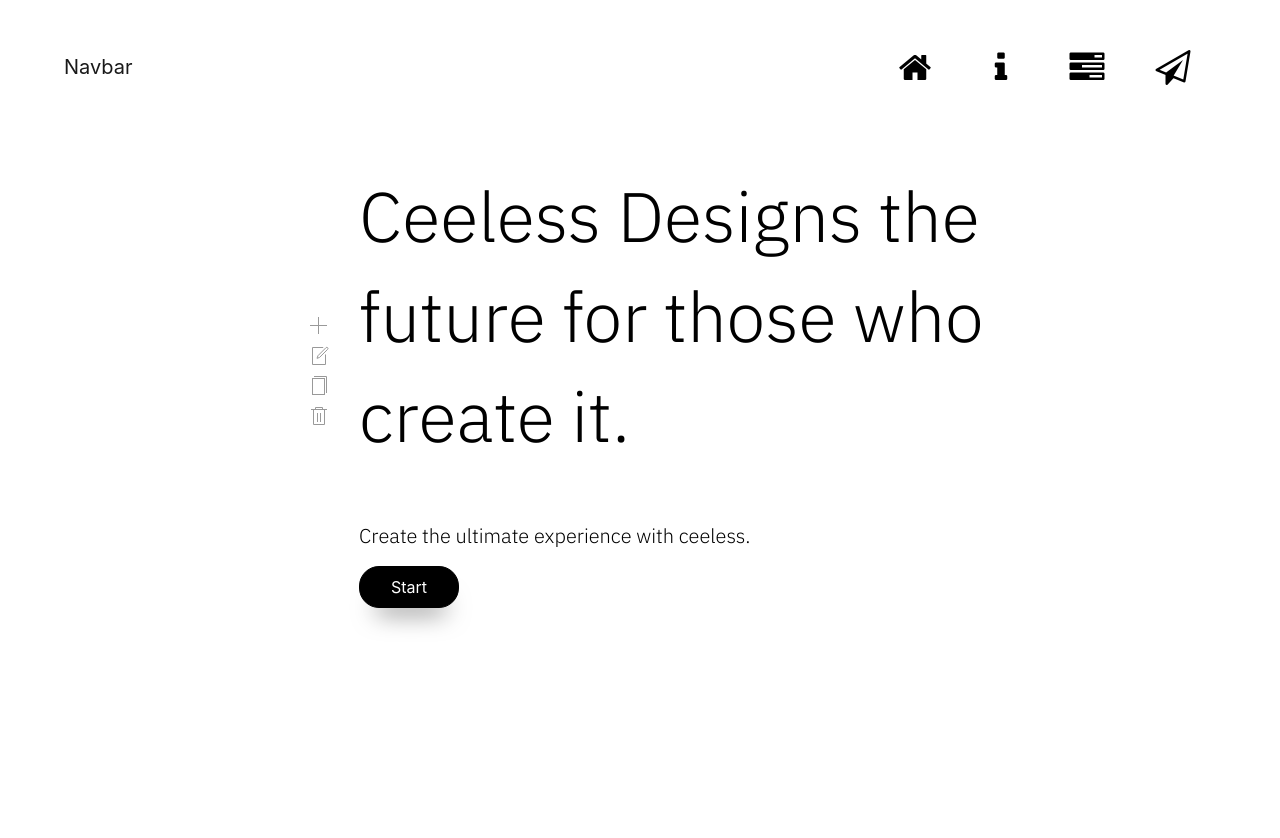
Repository: latenightsnacc/ceeless
Page: index.html
The author's editor kept a copy of each file at every save. The page is drawn from the files as they stood at one save, then again after the next save.
The browser window is 1280 px wide. The pictures show the whole page.
Some web libraries are served in a nearby version. The style sheet was rebuilt from its Sass, Less or Tailwind sources for each picture, by a compiler version that may differ from the author's.

Above is the page before, as saved 2020-06-12 11:44:21.

### index.html
<!DOCTYPE html>
<html lang="en">
<head>
    <meta charset="UTF-8">
    <meta name="viewport" content="width=device-width, initial-scale=1.0">

    <!--Bootstrap-->
    <link rel="stylesheet" href="https://stackpath.bootstrapcdn.com/bootstrap/4.5.0/css/bootstrap.min.css" integrity="sha384-9aIt2nRpC12Uk9gS9baDl411NQApFmC26EwAOH8WgZl5MYYxFfc+NcPb1dKGj7Sk" crossorigin="anonymous">

    <!-- UIkit CSS -->
    <link rel="stylesheet" href="https://cdn.jsdelivr.net/npm/uikit@3.5.3/dist/css/uikit.min.css" />

    <!--Font Awesome Icons-->
    <link rel="stylesheet" href="https://maxcdn.bootstrapcdn.com/font-awesome/4.4.0/css/font-awesome.min.css">

    <!--Custom Stylesheet-->
    <link rel="stylesheet" href="Styles/stylesheet.css">

    <!--Page Title-->
    <title>Ceeless | Licorne Technologies</title>
</head>
<body>
    <main class="wrapper ml-5 mr-5">
        <!--NavBar-->
        <nav class="navbar navbar-expand-lg navbar-light bg-transparent mt-3">
            <!--Logo-->
            <a class="navbar-brand" href="#">Navbar</a>
            <!--Mobile NavBar Icon-->
            <div class="navbar-toggler" type="button" data-toggle="collapse" data-target="#navbarTogglerDemo03" aria-controls="navbarTogglerDemo03" aria-expanded="false" aria-label="Toggle navigation">
                <div class="nav-icon">
                    <span class="long-bar-one"></span>
                    <span class="short-bar-two"></span>
                    <span class="long-bar-three"></span>
                </div>
            </div>
            <div class="collapse navbar-collapse" id="navbarTogglerDemo03">
              <ul class="navbar-nav ml-auto mt-2 mt-lg-0">
                <li class="nav-item active">
                  <a class="nav-link" role="button" href="#"><span class="menu-text" id="homeText">Home</span><i class="fa fa-home" id="homeIcon"></i><span class="sr-only">(current)</span></a>
                </li>
                <li class="nav-item">
                  <a class="nav-link" href="#"><span class="menu-text">About</span><i class="fa fa-info"></i></a>
                </li>
                <li class="nav-item">
                  <a class="nav-link" href="#"><span class="menu-text">Portfolio</span><i class="fa fa-tasks" aria-hidden="true"></i></a>
                </li>
                <li class="nav-item">
                    <a class="nav-link" href="#"><span class="menu-text">Contact</span><i class="fa fa-send-o"></i></a>
                  </li>
              </ul>
            </div>
        </nav>
        <!--End of NavBar-->

        <!--Header wrapper-->
        <section class="header-wrapper container-fluid">
            <div class="row pt-5">
                <!--Social Icons-->
                <div class="col-3">
                    <ul class="uk-iconnav uk-iconnav-vertical uk-align-right@s align-middle	">
                        <li><a href="#" uk-icon="icon: plus"></a></li>
                        <li><a href="#" uk-icon="icon: file-edit"></a></li>
                        <li><a href="#" uk-icon="icon: copy"></a></li>
                        <li><a href="#" uk-icon="icon: trash"></a></li>
                    </ul>
                </div>
                <!--Header Message-->
                <div class="col-9 header-text">
                    <div class="card w-75">
                        <h1>Ceeless Designs the future for those who create it.</h1>
                        <h5>Create the ultimate experience with ceeless.</h5>
                        <a href="#" class="action-btn">Start</a>
                    </div>
                </div>
            </div>
        </section>
        <!--End of Header wrapper-->
    </main>

    <!-- JS, Popper.js, and jQuery -->
    <script src="https://code.jquery.com/jquery-3.5.1.slim.min.js" integrity="sha384-DfXdz2htPH0lsSSs5nCTpuj/zy4C+OGpamoFVy38MVBnE+IbbVYUew+OrCXaRkfj" crossorigin="anonymous"></script>
    <script src="https://cdn.jsdelivr.net/npm/popper.js@1.16.0/dist/umd/popper.min.js" integrity="sha384-Q6E9RHvbIyZFJoft+2mJbHaEWldlvI9IOYy5n3zV9zzTtmI3UksdQRVvoxMfooAo" crossorigin="anonymous"></script>
    <script src="https://stackpath.bootstrapcdn.com/bootstrap/4.5.0/js/bootstrap.min.js" integrity="sha384-OgVRvuATP1z7JjHLkuOU7Xw704+h835Lr+6QL9UvYjZE3Ipu6Tp75j7Bh/kR0JKI" crossorigin="anonymous"></script>
    <!-- UIkit JS -->
    <script src="https://cdn.jsdelivr.net/npm/uikit@3.5.3/dist/js/uikit.min.js"></script>
    <script src="https://cdn.jsdelivr.net/npm/uikit@3.5.3/dist/js/uikit-icons.min.js"></script>
    <script src="Js/scripts.js"></script>
</body>
</html>

### Js/scripts.js
let menuText = document.getElementById('homeText');
let menuIcon = document.getElementById('homeIcon');


if(menuIcon){
    menuIcon.addEventListener('mouseover', event =>{

        menuText.style.display = 'block';

    });
}

### Styles/stylesheet.scss
@import 'variables';
@import 'navbar';
@import 'header';

*{
    margin: 0;
    padding: 0;
    text-decoration: none;
    list-style: none;
}
body{
    background-color: white;
}

### Styles/_variables.scss
@import url('https://fonts.googleapis.com/css2?family=IBM+Plex+Sans:wght@300;700&display=swap');

$font: 'IBM Plex Sans', sans-serif;
$dark: black;
$light: white;
$box-shadow: 0 5px 15px rgba(0,0,0,0.08);
$btn-shadow: 2px 20px 25px -15px rgba(0, 0, 0, 0.54);

### Styles/navbar.scss
@import 'variables';

.navbar-toggler{
    border: none;
    .nav-icon{
        display: flex;
        flex-direction: column;
        .long-bar-one, .long-bar-three, .short-bar-two{
            border: 2px solid $dark;
            margin-bottom: 5px;
        }
        .long-bar-one, .long-bar-three{
            width: 33px;
        }
        .short-bar-two{
            width: 20px;
        }

        &:hover{
            .long-bar-one, .long-bar-three{
                width: 20px;
                transition: width 300ms ease-in-out 0s;

            }
            .short-bar-two{
                width: 33px;

            }
        }
    }
}
.nav-item {
    a.nav-link{
        display: flex;
        align-items: center;

        .menu-text,.fa{
            flex: 50%;
        }

    }
    .menu-text {
        color: $dark;
        font-weight: 500;
        font-family: $font;
        display: none;
    }

    .fa{
        display: flex;
        justify-content: center !important;
        align-items: center;
        color: $dark;
        font-size: 35px;
        background-color: $light;
        height: 70px;
        width: 70px;
        border-radius: 50%;


        &:hover{
            background-color: $dark;
            color: $light;

            .menu-text {
                display: block;
            }
        }
    }
}

### Styles/header.scss
@import 'variables';

.align-middle{
    display: flex;
    flex-direction: column;
    justify-content: center;
    height: 400px;
}
.header-wrapper{
    height: 100vh;
    .header-text{
        .card{
            border: none;
            display: flex;
            flex-direction: column;
            justify-content: center;

            h1, h5{
                font-family: $font;
                color: $dark;
            }

            h1{
                font-size: 70px;
                line-height: 100px;
            }
            h5{
                font-size: 20px;
                line-height: 20px;
                font-weight: 300;
            }

        }
    }
}
a.action-btn {
    border: 1px solid $dark;
    background-color: $dark;
    width: 100px;
    border-radius: 20px;
    padding: 10px;
    box-shadow: $btn-shadow;
    color: $light;
    text-align: center;
    line-height: 20px;
    &:hover{
        text-decoration: none;
    }

}

After the next save:
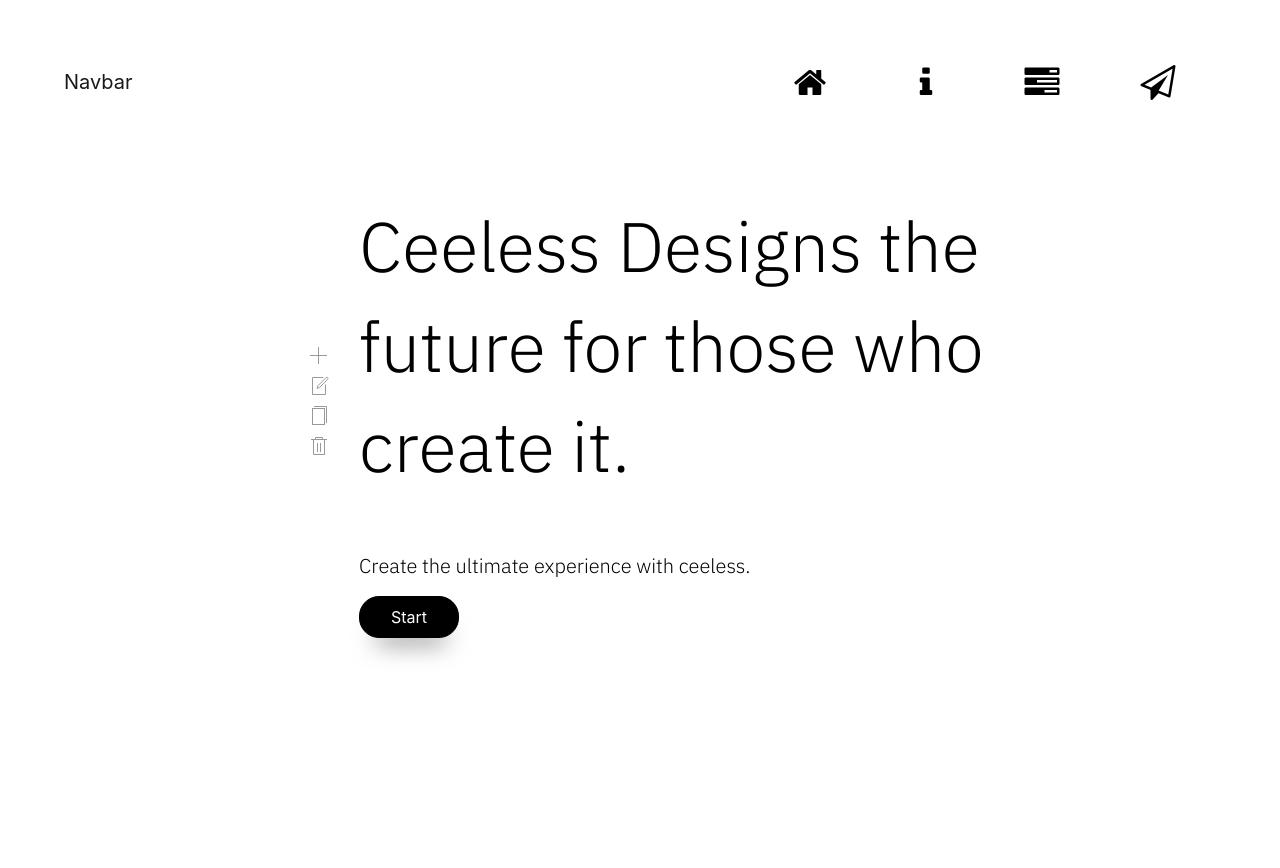
Saved 19 s later.
--- a/Styles/navbar.scss
+++ b/Styles/navbar.scss
@@ -53,8 +53,8 @@
         color: $dark;
         font-size: 35px;
         background-color: $light;
-        height: 70px;
-        width: 70px;
+        height: 100px;
+        width: 100px;
         border-radius: 50%;
 
 
